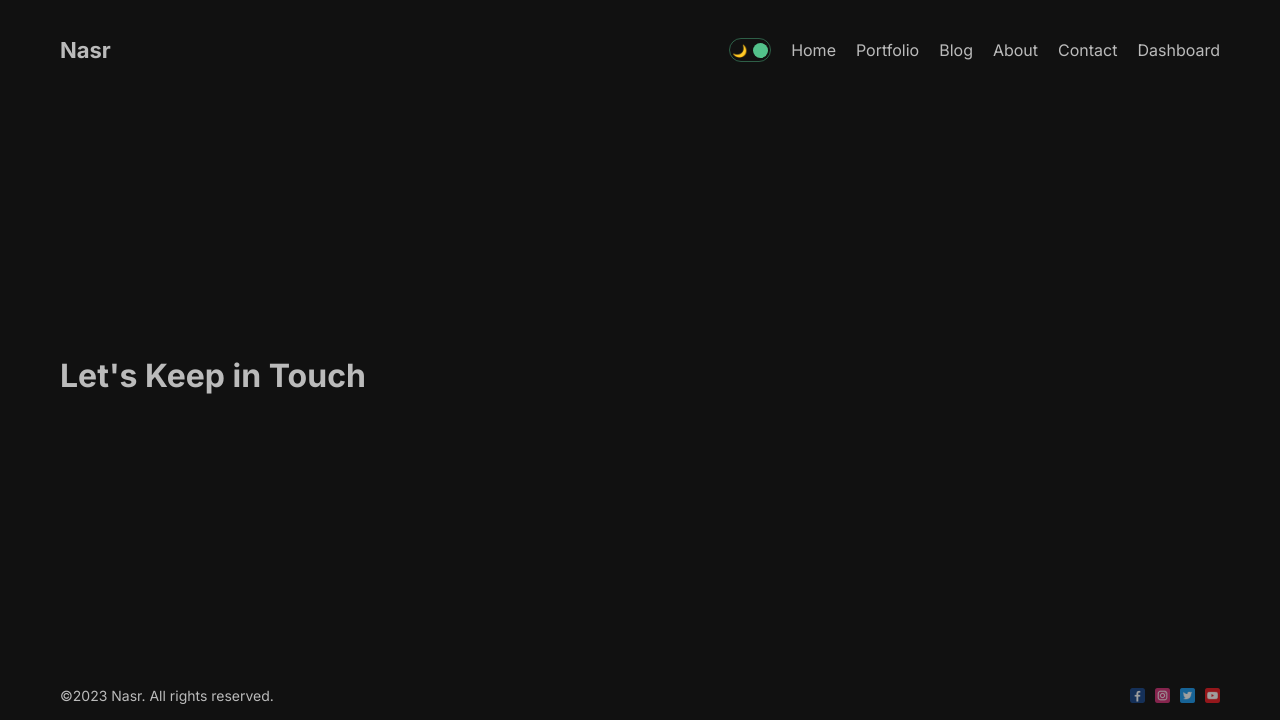
Repository: MoNasr2022/Nast-Blog
Page: /contact
An editor plug-in stored every save of this project. The page is shown before and after a run of saves, followed by the edit.
The browser window is 1280 px wide. The pictures show the whole page.
The page's requests for data from a server got no answer. The project was rebuilt for these pictures with package versions that can differ from the ones it lists, and the page was loaded fresh each time. The framework's server and built-in components were replaced by stand-ins that run in the browser. No one was signed in, and anything a server would have sent is missing. Also part of the build but not shown: next.config.js, src/app/contact/page.module.css, src/components/Button/button.module.css, src/components/Button/Button.jsx.

Above is the page before, as saved 2023-06-15 13:51:30.

### src/app/layout.js
import Navbar from "@/components/navbar/Navbar";
import "./globals.css";
import { Inter, Roboto, Poppins } from "next/font/google";
import Footer from "@/components/footer/Footer";
import { ThemeProvider } from "@/context/ThemeContext";
import AuthProvider from "@/components/AuthProvider/AuthProvider";

const inter = Inter({ subsets: ["latin"] });

export const metadata = {
  title: "Nasr Blog",
  description: "This is the description",
};

export default function RootLayout({ children }) {
  return (
    <html lang="en">
      <body className={inter.className}>
        <ThemeProvider>
          <AuthProvider>
            <div className="container">
              <Navbar />
              {children}
              <Footer />
            </div>
          </AuthProvider>
        </ThemeProvider>
      </body>
    </html>
  );
}

### src/app/contact/page.jsx
import React from "react";
import styles from "./page.module.css";
import Image from "next/image";
import Button from "@/components/Button/Button";

export const metadata = {
  title: "Lama Dev Contact Information",
  description: "This is Contact Page",
};

const Contact = () => {
  return (
    // <div className={styles.container}>
    //   <h1 className={styles.title}>Let's Keep in Touch</h1>
    //   <div className={styles.content}>
    //     <div className={styles.imgContainer}>
    //       <Image
    //         src="/contact.png"
    //         alt=""
    //         fill={true}
    //         className={styles.image}
    //       />
    //     </div>
    //     <form className={styles.form}>
    //       <input type="text" placeholder="name" className={styles.input} />
    //       <input type="text" placeholder="email" className={styles.input} />
    //       <textarea
    //         className={styles.textArea}
    //         placeholder="message"
    //         cols="30"
    //         rows="10"
    //       ></textarea>
    //       <Button url="#" text="Send"/>
    //     </form>
    //   </div>
    // </div>
    <div className={styles.container}>
      <h1 className={styles.title}>Let's Keep in Touch</h1>
      <div className={styles.content}>
        <div className={styles.imgContainer}>
          <Image src=""/>
        </div>
        <div className={styles.textContainer}></div>
      </div>
    </div>
  );
};

export default Contact;

### src/components/navbar/Navbar.jsx
"use client";

import Link from "next/link";
import React from "react";
import styles from "./navbar.module.css";
import DarkModeToggle from "../DarkModeToggle/DarkModeToggle";
import { signOut, useSession } from "next-auth/react";

const links = [
  {
    id: 1,
    title: "Home",
    url: "/",
  },
  {
    id: 2,
    title: "Portfolio",
    url: "/portfolio",
  },
  {
    id: 3,
    title: "Blog",
    url: "/blog",
  },
  {
    id: 4,
    title: "About",
    url: "/about",
  },
  {
    id: 5,
    title: "Contact",
    url: "/contact",
  },
  {
    id: 6,
    title: "Dashboard",
    url: "/dashboard",
  },
];

const Navbar = () => {
  const session = useSession();

  return (
    <div className={styles.container}>
      <Link href="/" className={styles.logo}>
        Nasr
      </Link>
      <div className={styles.links}>
        <DarkModeToggle />
        {links.map((link) => (
          <Link key={link.id} href={link.url} className={styles.link}>
            {link.title}
          </Link>
        ))}
        {session.status === "authenticated" && (
          <button className={styles.logout} onClick={signOut}>
            Logout
          </button>
        )}
      </div>
    </div>
  );
};

export default Navbar;

### src/components/footer/Footer.jsx
import React from "react";
import styles from "./footer.module.css";
import Image from "next/image";

const Footer = () => {
  return (
    <div className={styles.container}>
      <div>©2023 Nasr. All rights reserved.</div>
      <div className={styles.social}>
        <Image src="/1.png" width={15} height={15} className={styles.icon} alt="Nasr Facebook Account" />
        <Image src="/2.png" width={15} height={15} className={styles.icon} alt="Nasr" />
        <Image src="/3.png" width={15} height={15} className={styles.icon} alt="Nasr" />
        <Image src="/4.png" width={15} height={15} className={styles.icon} alt="Nasr" />
      </div>
    </div>
  );
};

export default Footer;

Loaded but not shown: src/app/globals.css (common file); src/context/ThemeContext.js (common file); src/components/AuthProvider/AuthProvider.jsx (common file); src/components/navbar/navbar.module.css (common file); src/components/DarkModeToggle/DarkModeToggle.jsx (common file); src/components/footer/footer.module.css (common file); src/components/DarkModeToggle/darkModeToggle.module.css (common file)

After the next 7 saves:
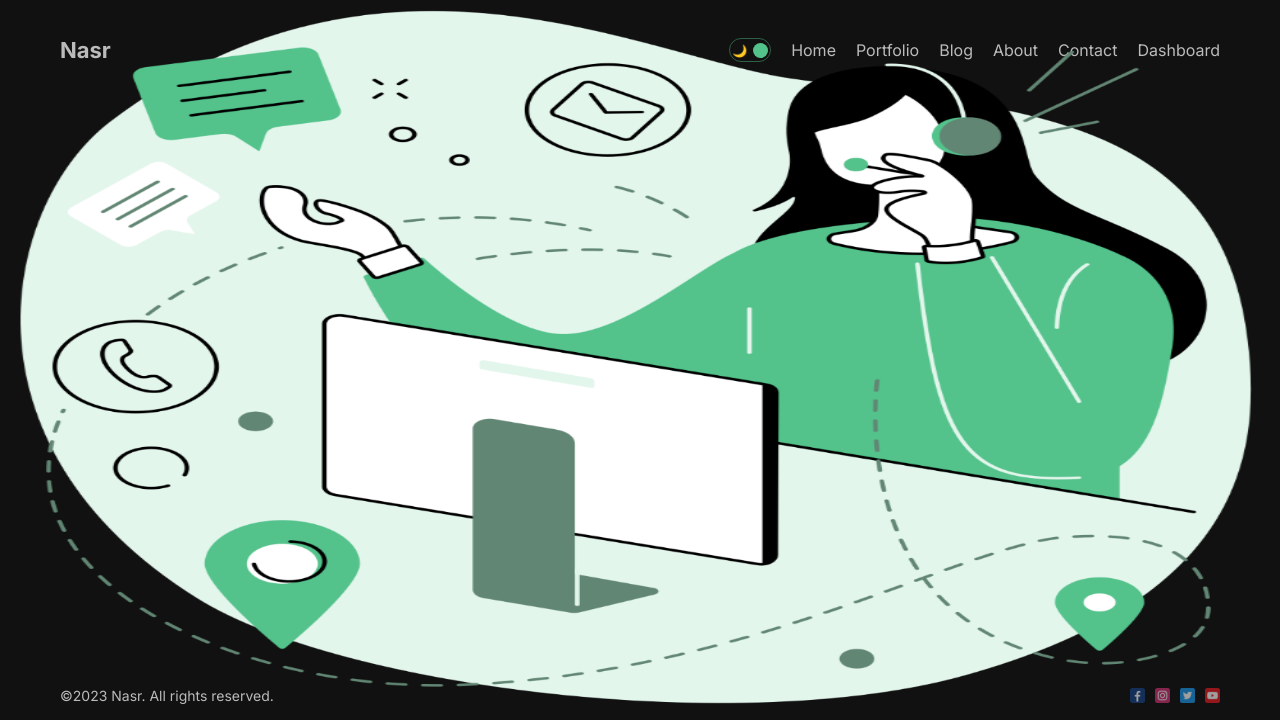
The 7 saves are shown as one change because 1 did not build or start and some came seconds apart.
The last was saved 25 s later.
--- a/src/app/contact/page.jsx
+++ b/src/app/contact/page.jsx
@@ -38,7 +38,11 @@ const Contact = () => {
       <h1 className={styles.title}>Let's Keep in Touch</h1>
       <div className={styles.content}>
         <div className={styles.imgContainer}>
-          <Image src=""/>
+          <Image src="/contact.png"
+            alt=""
+            fill={true}
+            className={styles.image}
+          />
         </div>
         <div className={styles.textContainer}></div>
       </div>
